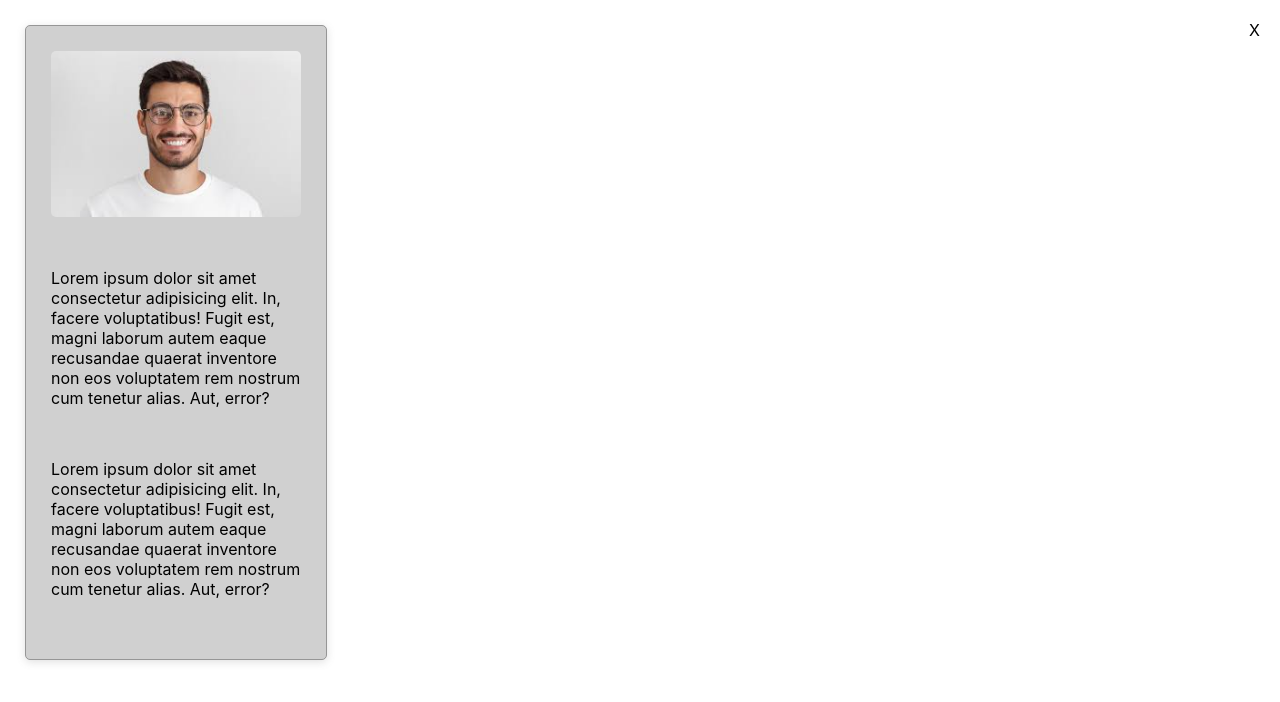
Repository: mikelnorth/team-profile-demo
Page: /
The author's editor kept a copy of each file at every save. The page is drawn from the files as they stood at one save, then again after the next save.
The browser window is 1280 px wide. The pictures show the whole page.
The project was rebuilt for these pictures with package versions that can differ from the ones it lists, and the page was loaded fresh each time.

Above is the page before, as saved 2022-05-19 19:00:47.

### src/App.js
import './App.scss';
import Card from './components/Card';

function App() {
  return (
    <div className="App">
      <nav className="nav">X</nav>

      <main>
        <Card/>
      </main>

    </div>
  );
}

export default App;

### src/App.scss
nav {
  position: absolute;
  top: 20px;
  right: 20px;
}

main {
  display: flex;
  justify-content: space-between;
  padding: 25px;
}

### src/components/Card.js
import headshot from "../assets/images/stock-head.jpeg";
import './Card.scss';

export default function Card() {
  return (
    <section className="card">
      <img src={headshot} alt="headshot" />
      <p>
        Lorem ipsum dolor sit amet consectetur adipisicing elit. In, facere
        voluptatibus! Fugit est, magni laborum autem eaque recusandae quaerat
        inventore non eos voluptatem rem nostrum cum tenetur alias. Aut, error?
      </p>
      <p>
        Lorem ipsum dolor sit amet consectetur adipisicing elit. In, facere
        voluptatibus! Fugit est, magni laborum autem eaque recusandae quaerat
        inventore non eos voluptatem rem nostrum cum tenetur alias. Aut, error?
      </p>
    </section>
  );
}

### src/components/Card.scss
.card {
  display: flex;
  flex-direction: column;
  width: 250px;
  padding: 25px;
  background-color: #d0d0d0;
  border: 1px solid #969696;
  border-radius: 5px;
  box-shadow: rgba(99, 99, 99, 0.2) 0px 2px 8px 0px;

  img {
    border-radius: 5px;
  }

  p, img {
    margin-bottom: 35px;
  }
}

Loaded but not shown: public/index.html (common file); src/index.js (common file); src/index.css (common file); src/reportWebVitals.js (common file)

After the next save:
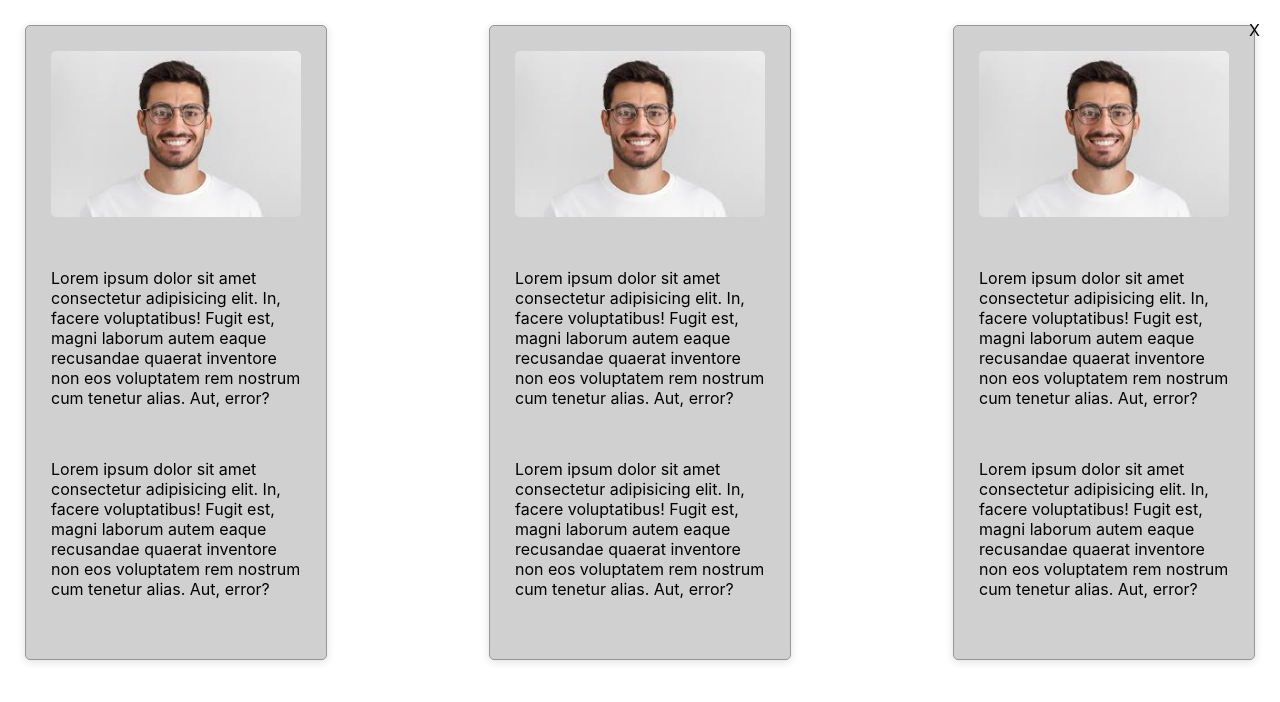
Saved 38 s later.
--- a/src/App.js
+++ b/src/App.js
@@ -8,6 +8,8 @@ function App() {
 
       <main>
         <Card/>
+        <Card/>
+        <Card/>
       </main>
 
     </div>
